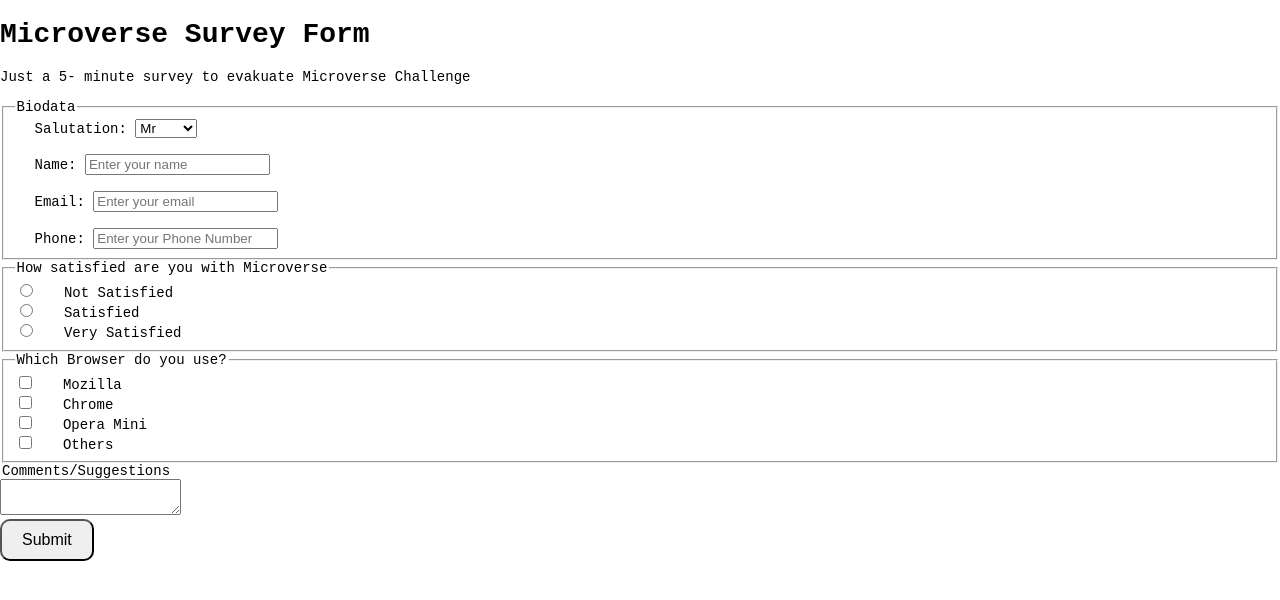
Repository: ahmedmeshref/Microverse-project
Page: index.html
The author's editor kept a copy of each file at every save. The page is drawn from the files as they stood at one save, then again after the next save.
The browser window is 1280 px wide. The pictures show the whole page.

Above is the page before, as saved 2019-03-29 16:18:34.

### index.html
<!DOCTYPE html>

<html lang="en">
<head>
 <meta charset="utf-8">
 <meta http-equiv="X-UA-Compatible" content="IE=edge">
 <link rel="stylesheet" href="./css/style.css" >
<title>Survey Form</title>
</head>
<body>
<h1 id="title">Microverse Survey Form</h1>
<p id="description">Just a 5- minute survey to evakuate Microverse Challenge</p>
<form action="submit" id="survey-form">
<fieldset id="intro">
    <legend>Biodata</legend>
    <label for="salutation" >Salutation: </label>
    <select id="dropdown">
        <option> Mr</option>
        <option> Mrs</option>
        <option> Miss</option>
        <option>Others</option>
    </select></br><br/>

    <label id="name-label" name="name" for="name">Name: </label>
    <input type="text" class"bio"   id="name-label" name="name" placeholder="Enter your name" required><br/><br/>

    <label id="email-label" for="email">Email: </label>
    <input type="email" class"bio" id="email-label" placeholder="Enter your email" required><br/><br/>

    <label id="phone-label"  for="phone-number">Phone: </label>
    <input type="tel" class"bio"  id="phone-label" placeholder="Enter your Phone Number" required min="6" max="20">
</fieldset>

<fieldset>
    <legend>How satisfied are you with Microverse</legend>
    <input type="radio"  name ="sat" value="Not Satisfied">
    <label for="ns">Not Satisfied</label><br/>

    <input type="radio" name ="sat" value="Satisfied">
    <label>Satisfied</label><br/>

    <input type="radio" name ="sat" value="Very Satisfied">
    <label>Very Satisfied</label><br/>
</fieldset>

<fieldset>
    <legend>Which Browser do you use?</legend>
    <input type="checkbox">
    <label>Mozilla</label><br/>

    <input type="checkbox">
    <label>Chrome</label><br/>

    <input type="checkbox">
    <label>Opera Mini</label><br/>

    <input type="checkbox">
    <label>Others</label>
</fieldset>
</fieldset>
    <legend id="cands">Comments/Suggestions</legend>
    <textarea name="message" width="15" height="10"></textarea>
</fieldset>
<div id="sub">
    <input type="submit" value="Submit" id="submit" >
</div><br/>
</form>
</body>
</html>

### css/style.css
body {
    margin: 0px;
    /*text-align: center;*/
    font-family: 'Courier New', Courier, monospace;
    font-size: 14px;
}

placeholder {
    padding: 50px;
    margin: 5px;
}

#name-label,
#email-label,
#phone-label {}

.bio {
    margin-left: 1em;
}

label {
    margin-left: 20px;
}

.dropdown {
    margin-right: 20px;
}

input[type="submit"] {
    padding: 10px 20px;
    border-radius: 10px;
    font-size: 16px;
}

After the next save:
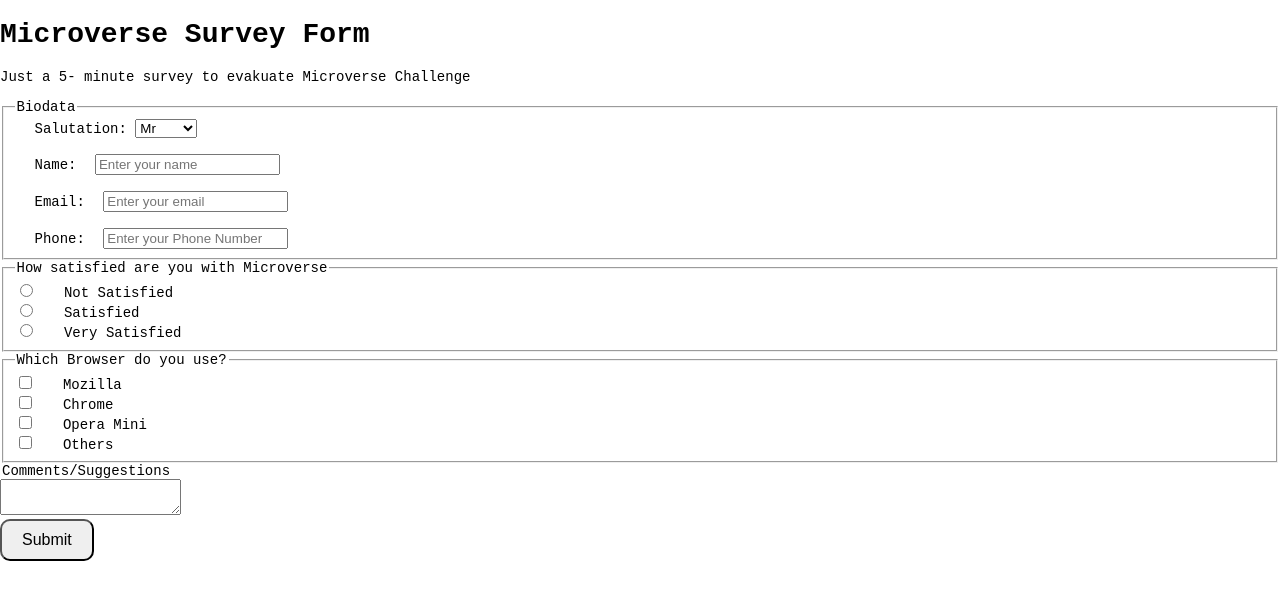
Saved 45 s later.
--- a/css/style.css
+++ b/css/style.css
@@ -12,7 +12,9 @@
 
 #name-label,
 #email-label,
-#phone-label {}
+#phone-label {
+    margin-right: 10px;
+}
 
 .bio {
     margin-left: 1em;
